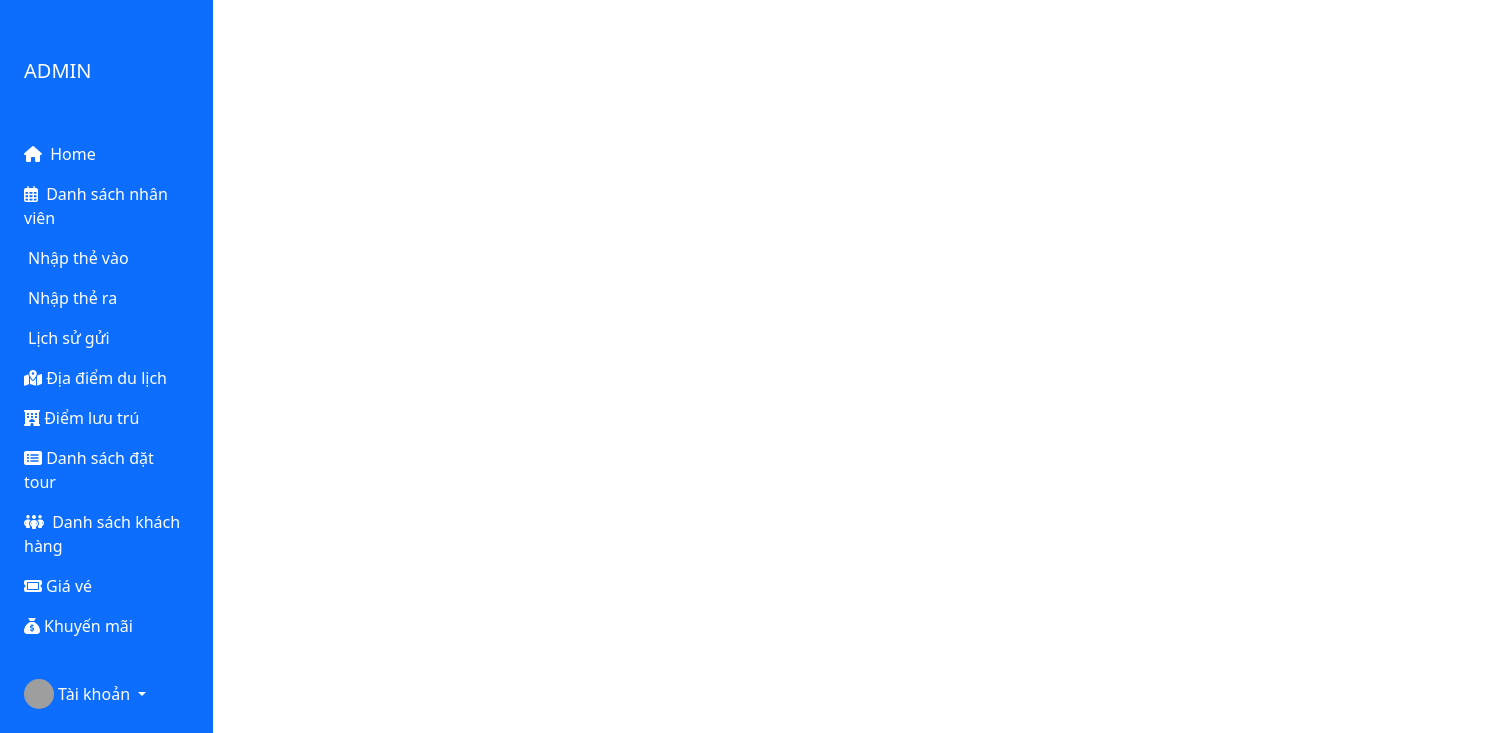
Repository: vantohuu/BOOKINGTOUR
Page: http://localhost/BOOKINGTOUR/WEB-INF/views/admin/admin.jsp
The author's editor kept a copy of each file at every save. The page is drawn from the files as they stood at one save, then again after the next save.
The browser window is 1280 px wide. The page is 1493 px wide, so the pictures cover 1493 px, including what lies to the right of the window. The pictures show the whole page.
Pictures or frames that could not be fetched are drawn as grey boxes. Some web libraries are served in a nearby version. The page is served by Tomcat 9. Nobody is signed in. The template is opened directly, without the code that normally fills it, so the values that code supplies are empty.

Above is the page before, as saved 2023-05-04 12:56:09.

After the next save:
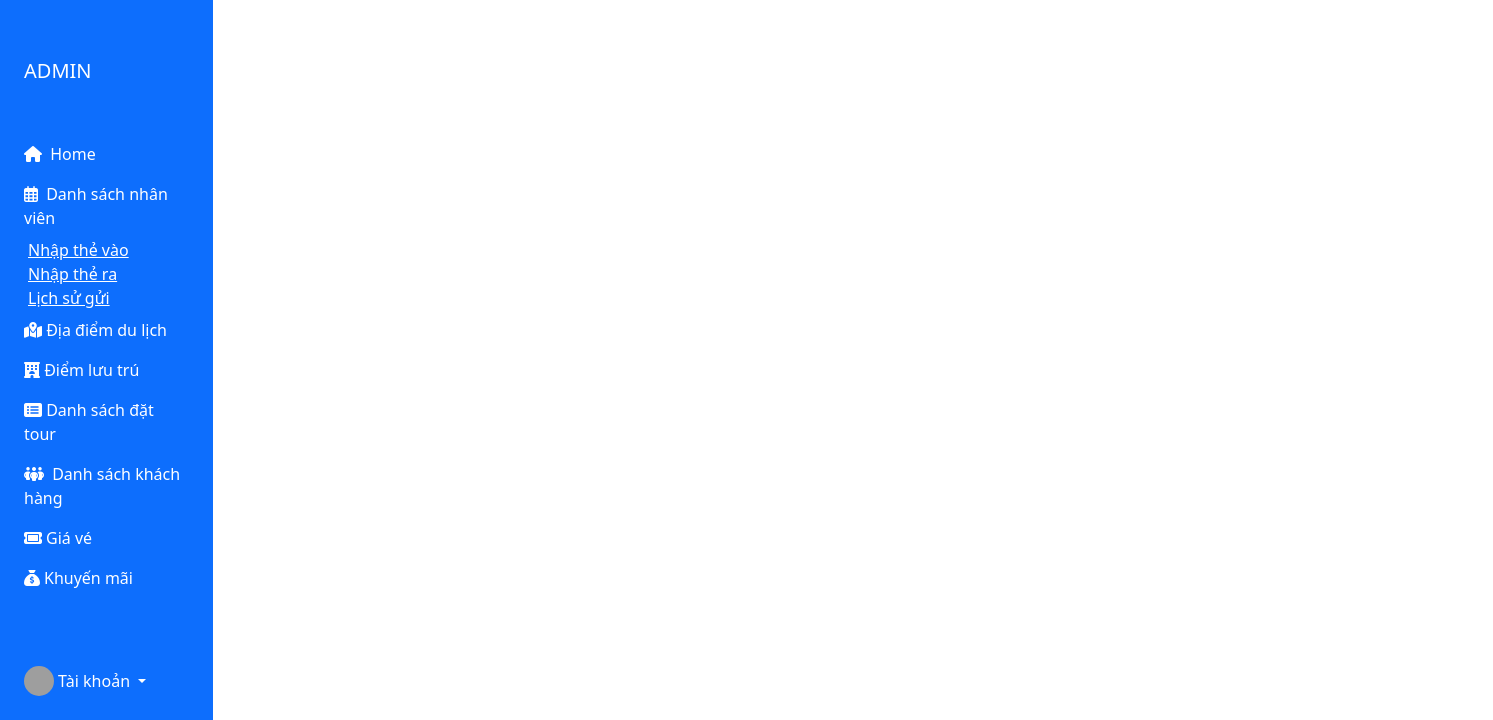
Saved 31 s later.
--- a/BOOKINGTOUR/src/main/webapp/WEB-INF/views/admin/admin.jsp
+++ b/BOOKINGTOUR/src/main/webapp/WEB-INF/views/admin/admin.jsp
@@ -37,13 +37,13 @@
 						</a>
                         <ul class="collapse show nav flex-column ms-1" id="submenu1" data-bs-parent="#menu">
                             <li class="w-100">
-                                <a href="thevao.htm" class="text-white nav-link px-0"> <span class="d-none d-sm-inline"> Nhập thẻ vào</span></a>
+                                <a href="thevao.htm" class="text-white px-0"> <span class="d-none d-sm-inline"> Nhập thẻ vào</span></a>
                             </li>
                             <li>
-                                <a href="thera.htm" class="text-white nav-link px-0"> <span class="d-none d-sm-inline"> Nhập thẻ ra</span></a>
+                                <a href="thera.htm" class="text-white px-0"> <span class="d-none d-sm-inline"> Nhập thẻ ra</span></a>
                             </li>
                             <li>
-                                <a href="lichsugui.htm" class="text-white nav-link px-0"> <span class="d-none d-sm-inline"> Lịch sử gửi </span></a>
+                                <a href="lichsugui.htm" class="text-white px-0"> <span class="d-none d-sm-inline"> Lịch sử gửi </span></a>
                             </li>
                         </ul>
                     </li>

After the save that followed:
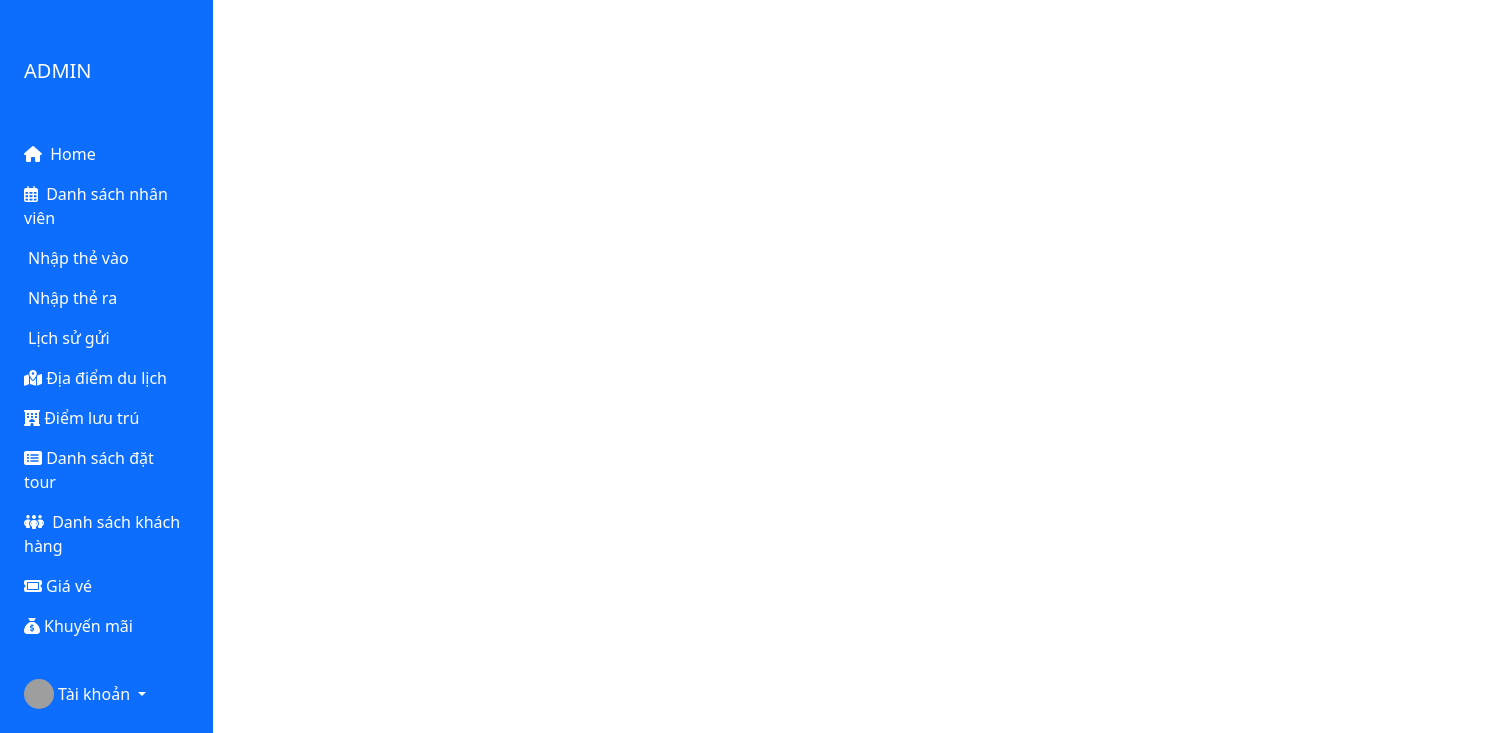
Saved 27 s later.
--- a/BOOKINGTOUR/src/main/webapp/WEB-INF/views/admin/admin.jsp
+++ b/BOOKINGTOUR/src/main/webapp/WEB-INF/views/admin/admin.jsp
@@ -37,13 +37,13 @@
 						</a>
                         <ul class="collapse show nav flex-column ms-1" id="submenu1" data-bs-parent="#menu">
                             <li class="w-100">
-                                <a href="thevao.htm" class="text-white px-0"> <span class="d-none d-sm-inline"> Nhập thẻ vào</span></a>
+                                <a href="thevao.htm" class="text-white nav-link px-0"> <span class="d-none d-sm-inline"> Nhập thẻ vào</span></a>
                             </li>
                             <li>
-                                <a href="thera.htm" class="text-white px-0"> <span class="d-none d-sm-inline"> Nhập thẻ ra</span></a>
+                                <a href="thera.htm" class="text-white nav-link px-0"> <span class="d-none d-sm-inline"> Nhập thẻ ra</span></a>
                             </li>
                             <li>
-                                <a href="lichsugui.htm" class="text-white px-0"> <span class="d-none d-sm-inline"> Lịch sử gửi </span></a>
+                                <a href="lichsugui.htm" class="text-white nav-link px-0"> <span class="d-none d-sm-inline"> Lịch sử gửi </span></a>
                             </li>
                         </ul>
                     </li>
